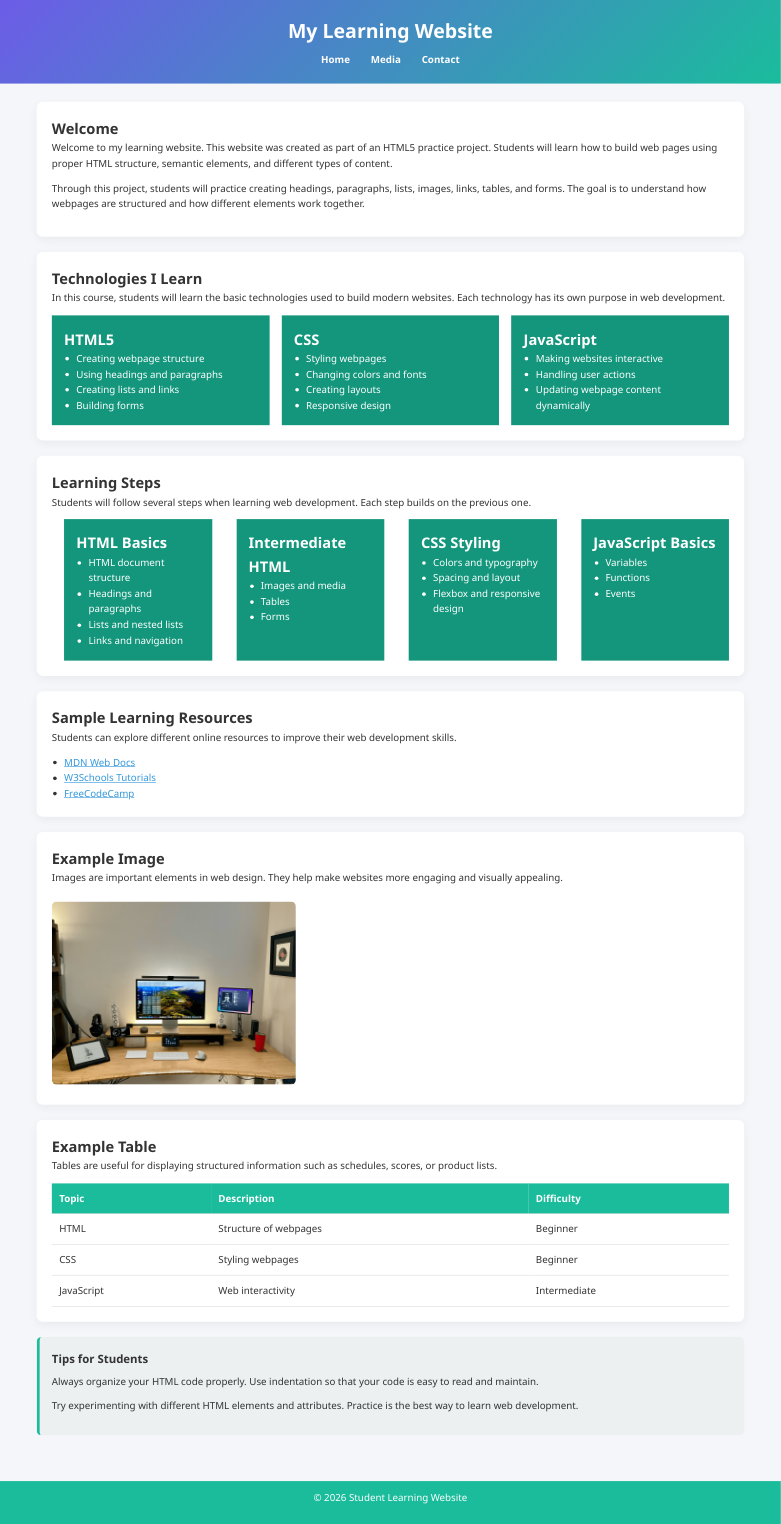
Repository: Than-sothearak/web_client_programing
Page: Week_03/index.html
An editor plug-in stored every save of this project. The page is shown before and after the next save, followed by the edit.
The browser window is 1280 px wide. The pictures show the whole page, at 61% of full size.

Above is the page before, as saved 2026-03-24 21:28:22.

After the next save:
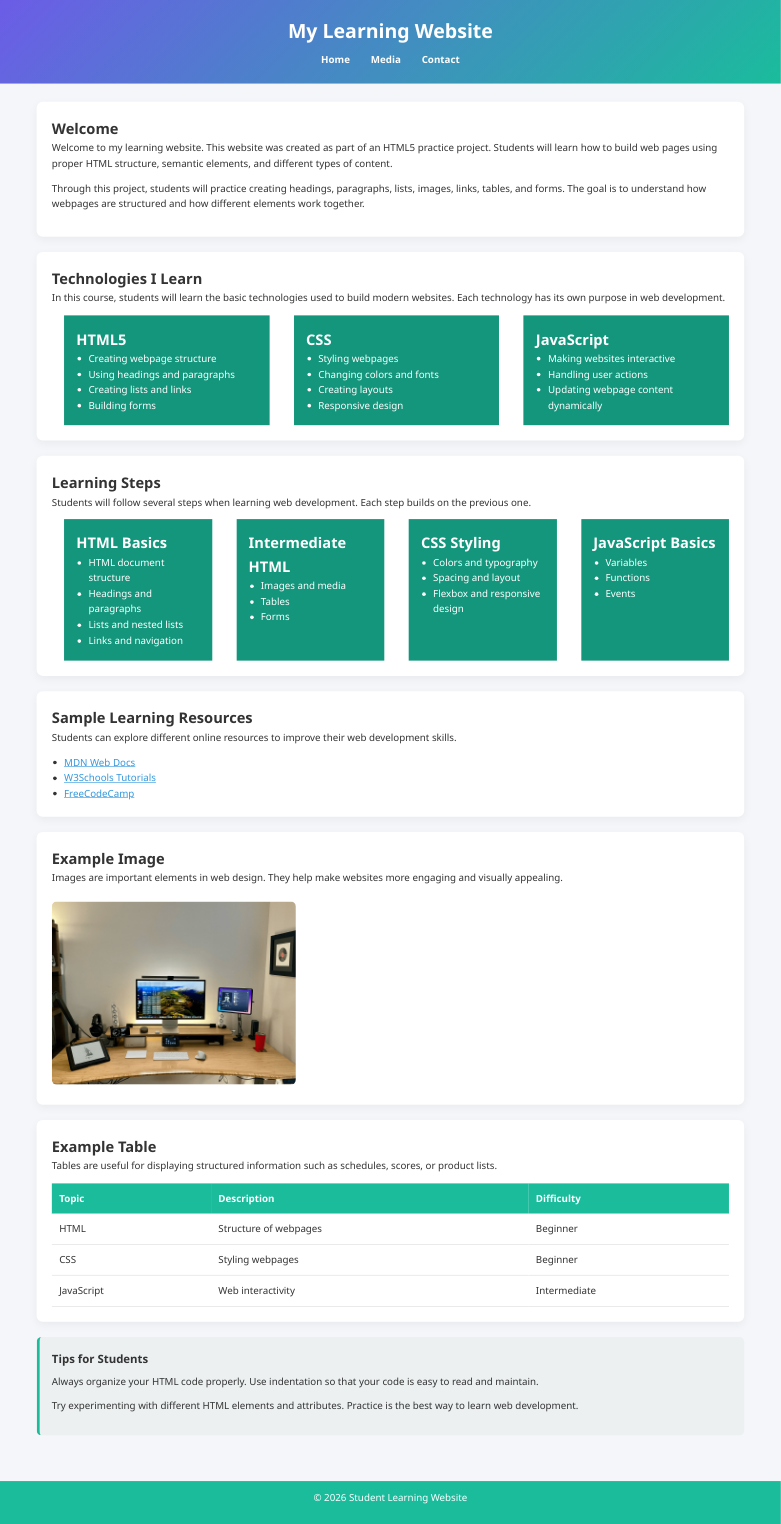
Saved 48 s later.
--- a/Week_03/index.html
+++ b/Week_03/index.html
@@ -51,7 +51,7 @@
         </p>
 
         <ul class="card-container">
-          <div class="card">
+          <li class="card">
             <h2>HTML5</h2>
             <ul>
               <li>Creating webpage structure</li>
@@ -59,9 +59,9 @@
               <li>Creating lists and links</li>
               <li>Building forms</li>
             </ul>
-          </div>
-
-          <div class="card">
+          </li>
+
+          <li class="card">
             <h2>CSS</h2>
             <ul>
               <li>Styling webpages</li>
@@ -69,16 +69,16 @@
               <li>Creating layouts</li>
               <li>Responsive design</li>
             </ul>
-          </div>
-
-          <div class="card">
+          </li>
+
+          <li class="card">
             <h2>JavaScript</h2>
             <ul>
               <li>Making websites interactive</li>
               <li>Handling user actions</li>
               <li>Updating webpage content dynamically</li>
             </ul>
-          </div>
+          </li>
         </ul>
       </section>
 
